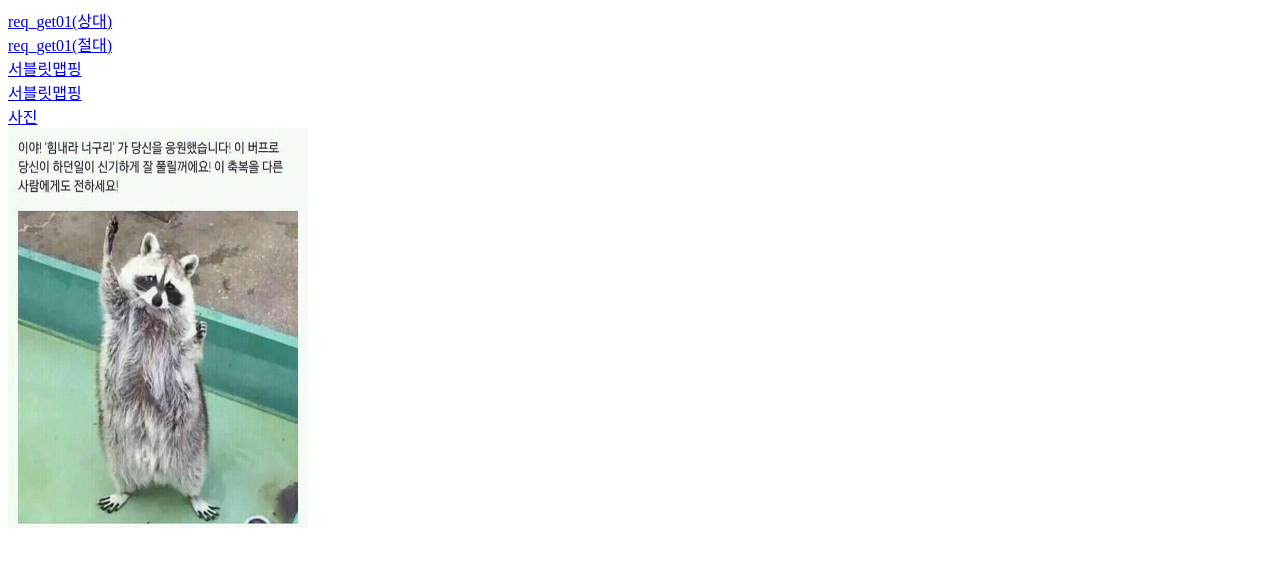
Repository: sun2898/JSP
Page: http://localhost/JSPBasic/path/test/path_quiz.jsp
An editor plug-in stored every save of this project. The page is shown before and after the next save, followed by the edit.
The browser window is 1280 px wide. The pictures show the whole page.
The page is served by Tomcat 9.

Above is the page before, as saved 2023-06-02 08:29:20.

After the next save:
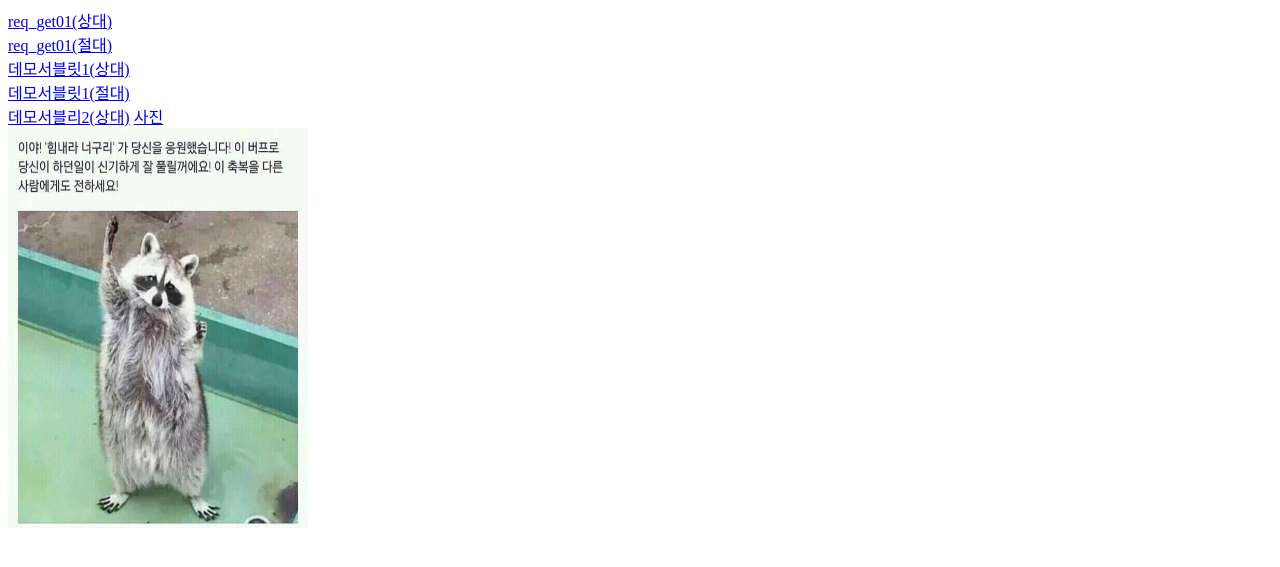
Saved 74 s later.
--- a/JSPBasic/src/main/webapp/path/test/path_quiz.jsp
+++ b/JSPBasic/src/main/webapp/path/test/path_quiz.jsp
@@ -15,11 +15,12 @@
 	<a href="/JSPBasic/request/req_get01.jsp">req_get01(절대)</a>
 	<br/>
 	<!-- a태그를 사용해서 DemoServlet으로 상대경로 -->
-	<a href="../../banana">서블릿맵핑</a>
+	<a href="../../banana">데모서블릿1(상대)</a>
 	<br/>
 	<!-- a태그를 사용해서 DemoServlet으로 절대경로 -->
-	<a href="/JSPBasic/banana">서블릿맵핑</a>
+	<a href="/JSPBasic/banana">데모서블릿1(절대)</a>
 	<br/>
+	<a href="../../apple">데모서블리2(상대)</a>
 	<!-- jsptag폴더 밑에 있는 이미지를 띄운다. (img태그로) -->
 	<a href="../../jsptag/364.jpg">사진</a>
 	<br/>
